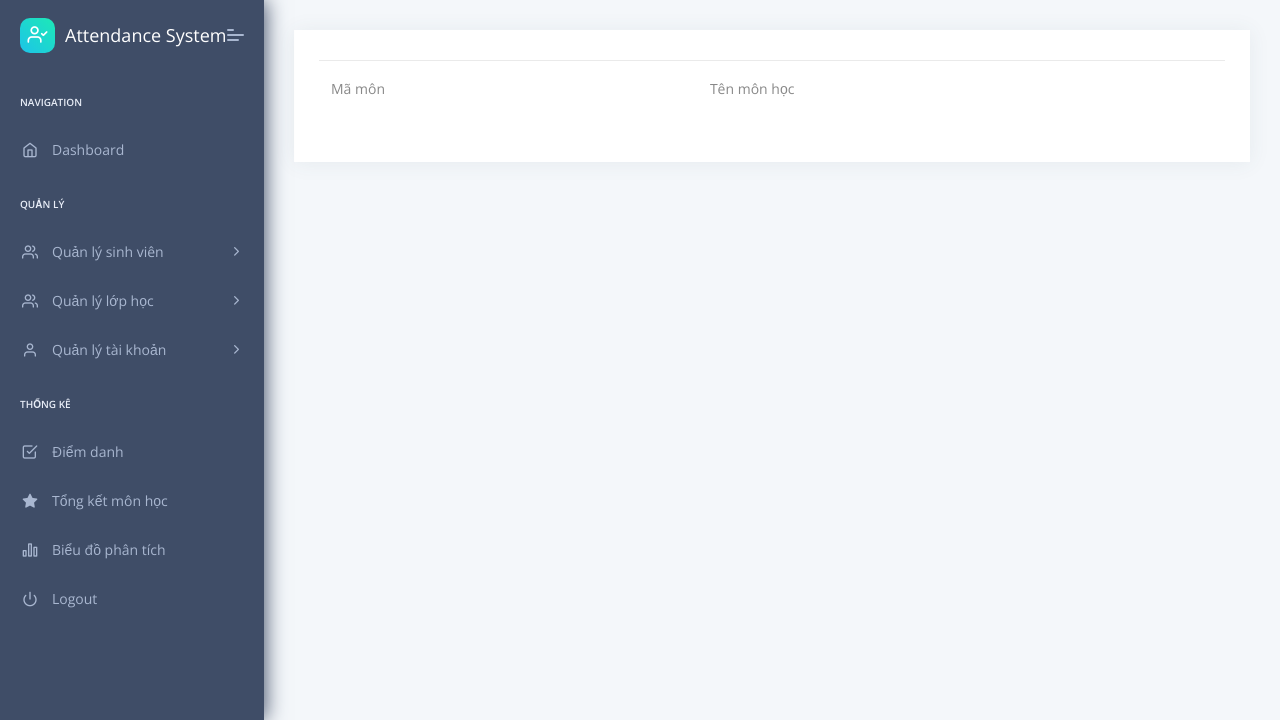
Repository: nguyen-tien-tai12112001/Python_Face_Recognition_Attendance
Page: apps/templates/home/schedule/list-schedule.html
These files come from the project's save history. The page is drawn as it stood at one moment and after the next save; the edit follows.
The browser window is 1280 px wide. The pictures show the whole page.
The template is drawn by Flask 3. The application's start-up code is not run. Other server files are loaded and not shown. The template is opened directly, without the code that normally fills it, so the values that code supplies are empty.

Above is the page before, as saved 2022-02-28 12:47:39.

### apps/templates/home/schedule/list-schedule.html

{% extends "layouts/base-admin.html" %}

{% block title %} List Student {% endblock %}

<!-- Specific CSS goes HERE -->
{% block stylesheets %}{% endblock stylesheets %}

{% block content %}

<div class="pcoded-content">
    <div class="pcoded-inner-content">

        <div class="main-body">
            <div class="page-wrapper">
                <!-- [ Main Content ] start -->
                <div class="row">

                    <!-- [ stiped-table ] start -->
                    <div class="col-xl-12">
                        <div class="card">

                            <div class="card-block table-border-style">
                                <div class="table-responsive">
                                    <table class="table table-striped">
                                        <thead>
                                            <td>Mã môn</td>
                                           <td>Tên môn học</td>


                                        </thead>
                                        {% for row in rows %}
                                        <tr>
                                            <td>{{ row.id }}</td>
                                            <td>{{ row.name }}</td>
                                            <td class="row">

                                                <div class="i-block" data-clipboard-text="feather icon-edit" data-filter="feather icon-edit"  data-toggle="tooltip" title="Edit">
                                                    <a href="/edit_student/{{ row.msv }}" class="feather icon-edit"></a>
                                                </div>|
                                                <div class="i-block" data-clipboard-text="feather icon-delete" data-filter="feather icon-delete"  data-toggle="tooltip" title="Delete">
                                                    <a style="color: maroon;" href="/delete_student/{{ row.msv }}" class="feather icon-delete"></a>
                                                </div>
                                        </tr>
                                     {% endfor %}
                                         </tbody>
                                     </table>

                                </div>
                            </div>
                        </div>
                    </div>
                    <!-- [ stiped-table ] end -->
                </div>
                <!-- [ Main Content ] end -->
            </div>
        </div>
    </div>
</div>

{% endblock content %}

<!-- Specific Page JS goes HERE  -->
{% block javascripts %}{% endblock javascripts %}

### apps/templates/layouts/base-admin.html
<!DOCTYPE html>
<html lang="en">

<head>
    <title>
        Attendance System - {% block title %}{% endblock %}
    </title>
    <!-- HTML5 Shim and Respond.js IE10 support of HTML5 elements and media queries -->
    <!-- WARNING: Respond.js doesn't work if you view the page via file:// -->
    <!--[if lt IE 10]>
		<script src="https://oss.maxcdn.com/libs/html5shiv/3.7.0/html5shiv.js"></script>
		<script src="https://oss.maxcdn.com/libs/respond.js/1.4.2/respond.min.js"></script>
		<![endif]-->
    <!-- Meta -->
    <meta charset="utf-8">
    <meta name="viewport" content="width=device-width, initial-scale=1.0, user-scalable=0, minimal-ui">
    <meta http-equiv="X-UA-Compatible" content="IE=edge" />
    <link rel="canonical" href="https://appseed.us/admin-dashboards/flask-dashboard-dattaable">

    <meta name="description" content="Datta Able Bootstrap admin template made using Bootstrap 4 and it has huge amount of ready made feature, UI components, pages which completely fulfills any dashboard needs." />
    <meta name="keywords" content="admin templates, bootstrap admin templates, bootstrap 4, dashboard, dashboard templets, sass admin templets, html admin templates, responsive, bootstrap admin templates free download,premium bootstrap admin templates, datta able, datta able bootstrap admin template, free admin theme, free dashboard template"/>
    <meta name="author" content="CodedThemes"/>

    <!-- Favicon icon -->
    <link rel="icon" href="/static/assets/images/favicon.ico" type="image/x-icon">
    <!-- fontawesome icon -->
    <link rel="stylesheet" href="/static/assets/fonts/fontawesome/css/fontawesome-all.min.css">
    <!-- animation css -->
    <link rel="stylesheet" href="/static/assets/plugins/animation/css/animate.min.css">
    <!-- vendor css -->
    <link rel="stylesheet" href="/static/assets/css/style.css">

    <!-- Specific CSS goes HERE -->
    {% block stylesheets %}{% endblock stylesheets %}

</head>

<body>

    <!-- [ Pre-loader ] start -->
    <div class="loader-bg">
        <div class="loader-track">
            <div class="loader-fill"></div>
        </div>
    </div>

    <!-- Top Bar -->
    {% include 'includes/navigation.html' %}

    <!-- SideBar -->
    {% include 'includes/sidebar-admin.html' %}

    <div class="pcoded-main-container">
        <div class="pcoded-wrapper">

            {% block content %}{% endblock content %}

        </div>
    </div>

    {% include 'includes/scripts.html' %}

    <!-- Specific Page JS goes HERE  -->
    {% block javascripts %}{% endblock javascripts %}

</body>
</html>

### apps/templates/includes/sidebar-admin.html

    <nav class="pcoded-navbar">
        <div class="navbar-wrapper">
            <div class="navbar-brand header-logo">
                <a target="_blank"
                   href="https://appseed.us/admin-dashboards/flask-datta-able" class="b-brand">
                    <div class="b-bg">
                        <i class="feather icon-user-check"></i>
                    </div>
                    <span class="b-title">Attendance System</span>
                </a>
                <a class="mobile-menu" id="mobile-collapse" href="javascript:"><span></span></a>
            </div>
            <div class="navbar-content scroll-div">
                <ul class="nav pcoded-inner-navbar">
                    <li class="nav-item pcoded-menu-caption">
                        <label>Navigation</label>
                    </li>
                    <li data-username=""
                        class="nav-item {% if 'index' in segment %} active {% endif %}">
                        <a href="/index" class="nav-link "><span class="pcoded-micon"><i class="feather icon-home"></i></span><span class="pcoded-mtext">Dashboard</span></a>
                    </li>
                    <li class="nav-item pcoded-menu-caption">
                        <label>Quản lý</label>
                    </li>
                    <li data-username="" class="nav-item pcoded-hasmenu">
                        <a href="javascript:" class="nav-link "><span class="pcoded-micon"><i class="feather icon-users"></i></span><span class="pcoded-mtext">Quản lý sinh viên</span></a>
                        <ul class="pcoded-submenu">
                            <li class=""><a href="/list-student.html" class="">Danh sách sinh viên</a></li>
                            <li class=""><a href="/add-student.html" class="">Thêm sinh viên mới</a></li>

                        </ul>
                    </li>

                    <li data-username="" class="nav-item pcoded-hasmenu">
                        <a href="javascript:" class="nav-link "><span class="pcoded-micon"><i class="feather icon-users"></i></span><span class="pcoded-mtext">Quản lý lớp học</span></a>
                        <ul class="pcoded-submenu">
                            <li class=""><a href="/list-student.html" class="">Danh sách lớp học</a></li>
                            <li class=""><a href="/add-student.html" class="">Thêm sinh viên mới</a></li>

                        </ul>
                    </li>



                    <li data-username="" class="nav-item pcoded-hasmenu">
                        <a href="javascript:" class="nav-link "><span class="pcoded-micon"><i class="feather icon-user"></i></span><span class="pcoded-mtext">Quản lý tài khoản</span></a>
                        <ul class="pcoded-submenu">
                            <li class=""><a href="/list-user" class="">Danh sách tài khoản</a></li>
                            <li class=""><a href="/register.html" class="">Thêm tài khoản mới</a></li>

                        </ul>
                    </li>
                    <li class="nav-item pcoded-menu-caption">
                        <label>Thống kê</label>
                    </li>
                    <li data-username="Table bootstrap datatable footable"
                        class="nav-item {% if 'attendance_check' in segment %} active {% endif %}">
                        <a href="/attendance_check" class="nav-link "><span class="pcoded-micon"><i class="feather icon-check-square"></i></span><span class="pcoded-mtext">Điểm danh</span></a>
                    </li>

                    <li data-username="Table bootstrap datatable footable"
                        class="nav-item {% if 'summany_study' in segment %} active {% endif %}">
                        <a href="/summany_study" class="nav-link "><span class="pcoded-micon"><i class="feather icon-star-on"></i></span><span class="pcoded-mtext">Tổng kết môn học</span></a>
                    </li>
                    <li data-username="Table bootstrap datatable footable"
                        class="nav-item {% if 'chart_analysis' in segment %} active {% endif %}">
                        <a href="/chart_analysis" class="nav-link "><span class="pcoded-micon"><i class="feather icon-bar-chart-2"></i></span><span class="pcoded-mtext">Biểu đồ phân tích</span></a>
                    </li>
                    <li data-username="Disabled Menu" class="nav-item">
                        <a href="{{ url_for('authentication_blueprint.logout') }}" class="nav-link">
                            <span class="pcoded-micon"><i class="feather icon-power"></i></span><span class="pcoded-mtext">Logout</span>
                        </a>
                    </li>
                </ul>
            </div>
        </div>
    </nav>

Loaded but not shown: apps/templates/includes/navigation.html (common file); apps/templates/includes/scripts.html (common file); apps/static/assets/fonts/fontawesome/css/fontawesome-all.min.css (library); apps/static/assets/plugins/animation/css/animate.min.css (library); apps/static/assets/css/style.css (library); apps/static/assets/js/vendor-all.min.js (library); apps/static/assets/plugins/bootstrap/js/bootstrap.min.js (library); apps/static/assets/js/pcoded.min.js (library); apps/static/assets/plugins/bootstrap/css/bootstrap.min.css (library); apps/static/assets/fonts/feather/css/feather.css (common file); apps/static/assets/plugins/jquery-scrollbar/css/jquery.scrollbar.min.css (common file); apps/static/assets/fonts/datta/datta-icon.css (common file)

After the next save:
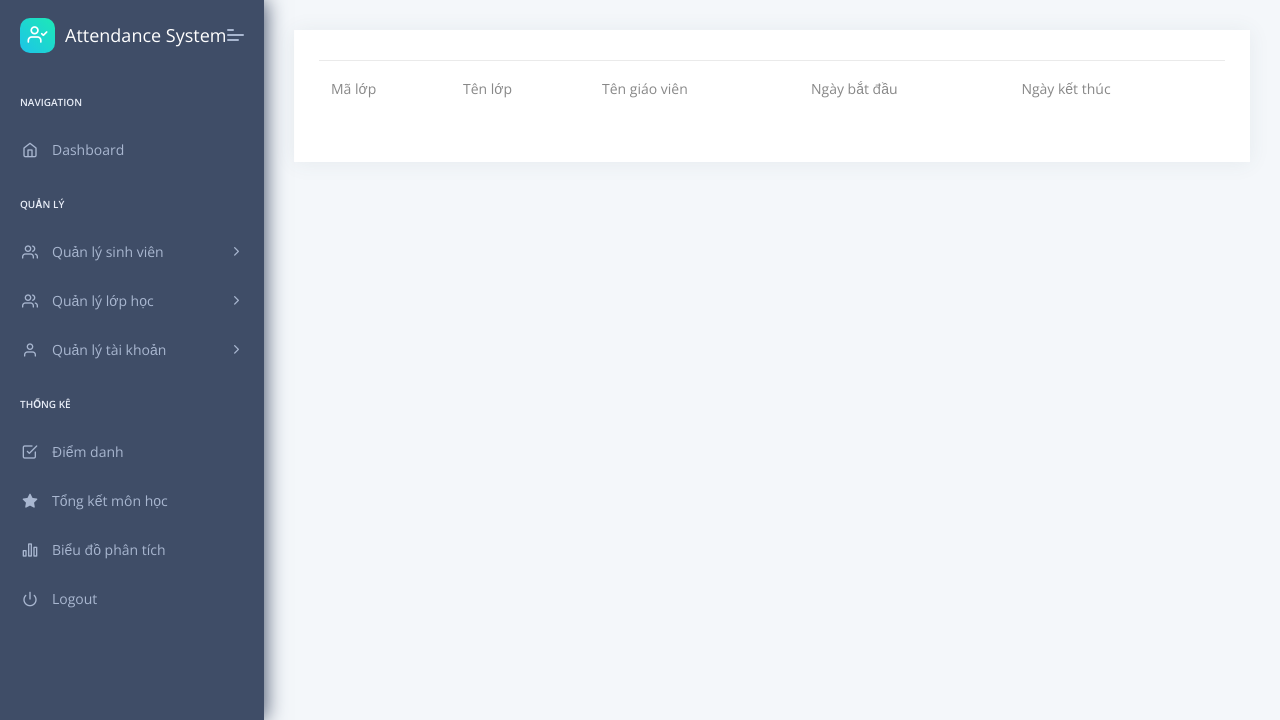
Saved 81 s later.
--- a/apps/templates/home/schedule/list-schedule.html
+++ b/apps/templates/home/schedule/list-schedule.html
@@ -24,8 +24,11 @@
                                 <div class="table-responsive">
                                     <table class="table table-striped">
                                         <thead>
-                                            <td>Mã môn</td>
-                                           <td>Tên môn học</td>
+                                            <td>Mã lớp</td>
+                                            <td>Tên lớp</td>
+                                            <td>Tên giáo viên</td>
+                                           <td>Ngày bắt đầu</td>
+                                           <td>Ngày kết thúc</td>
 
 
                                         </thead>
